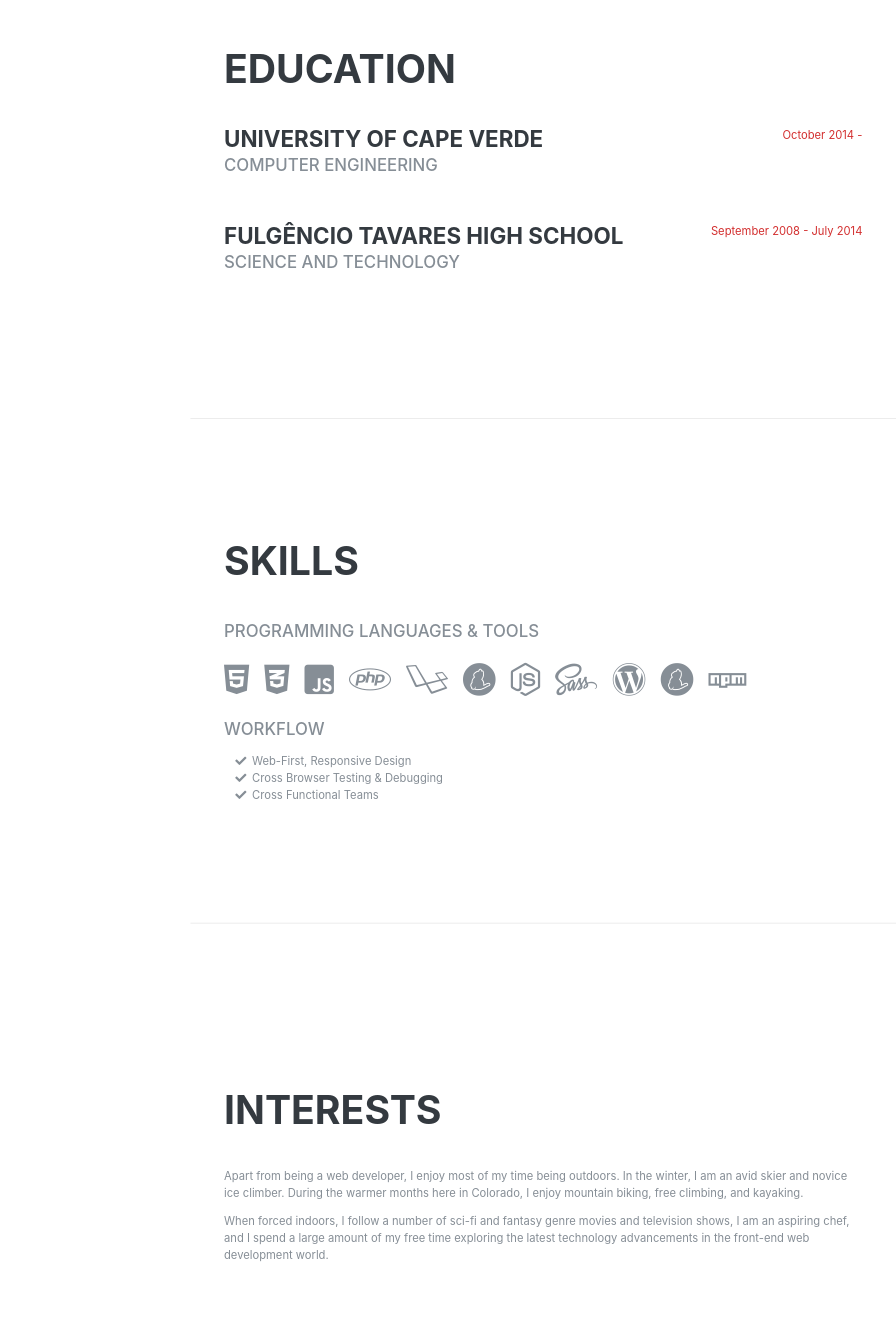
Repository: kcfurtado/kcfurtado.github.io
Page: index.html
These files come from the project's save history. The page is drawn as it stood at one moment and after the next save; the edit follows.
The browser window is 1280 px wide. The pictures show the part of the page from y = 1986 to 3906 px (the page is 4026 px tall), at 70% of full size.
Some web fonts or font styles are not loaded; a fallback is used.

Above is the page before, as saved 2020-04-04 09:24:15.

After the next save:
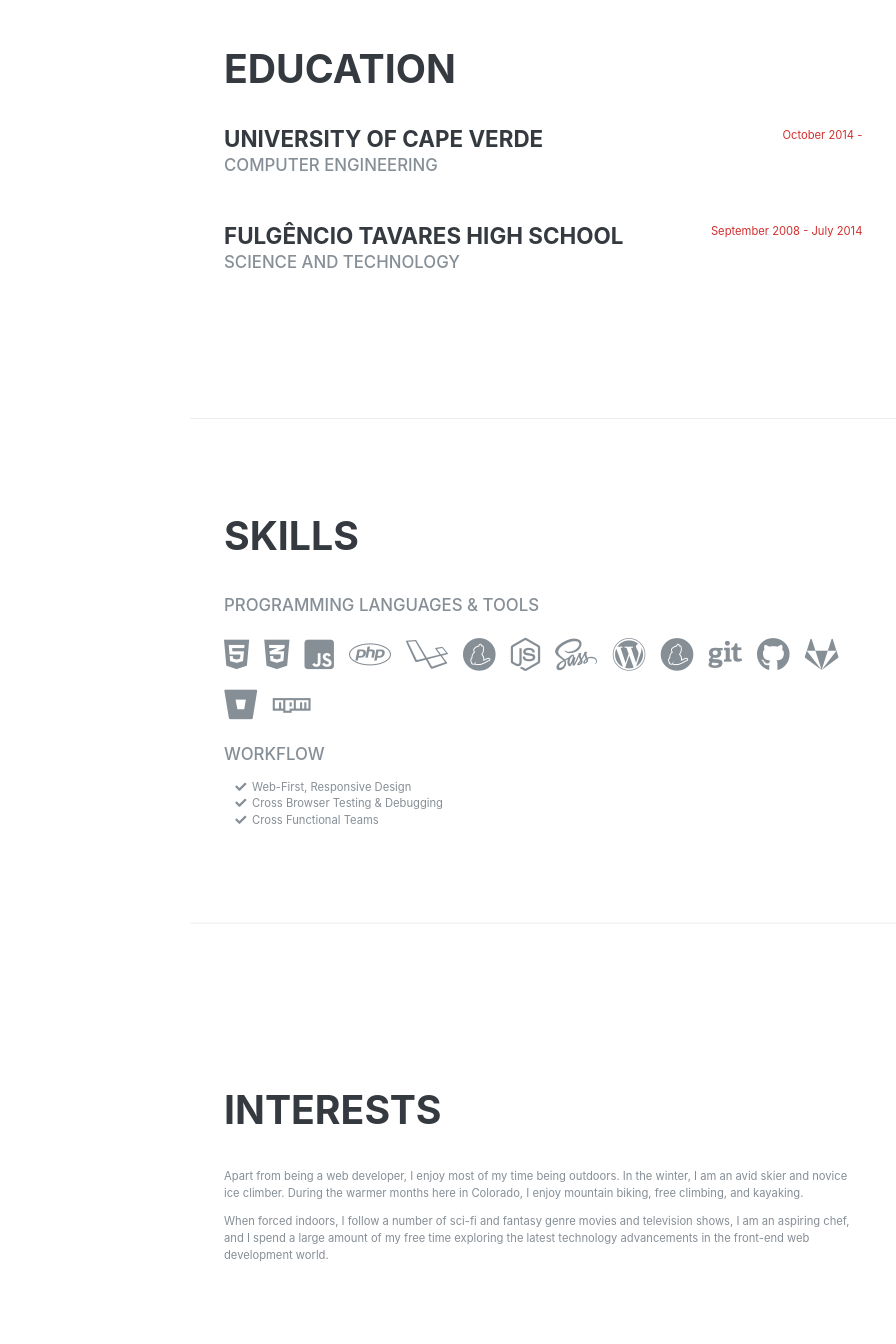
Saved 2 min 53 s later.
--- a/index.html
+++ b/index.html
@@ -220,6 +220,18 @@
             <i class="fab fa-yarn"></i>
           </li>
           <li class="list-inline-item">
+            <i class="fab fa-git"></i>
+          </li>
+          <li class="list-inline-item">
+            <i class="fab fa-github"></i>
+          </li>
+          <li class="list-inline-item">
+            <i class="fab fa-gitlab"></i>
+          </li>
+          <li class="list-inline-item">
+            <i class="fab fa-bitbucket"></i>
+          </li>
+          <li class="list-inline-item">
             <i class="fab fa-npm"></i>
           </li>
         </ul>
